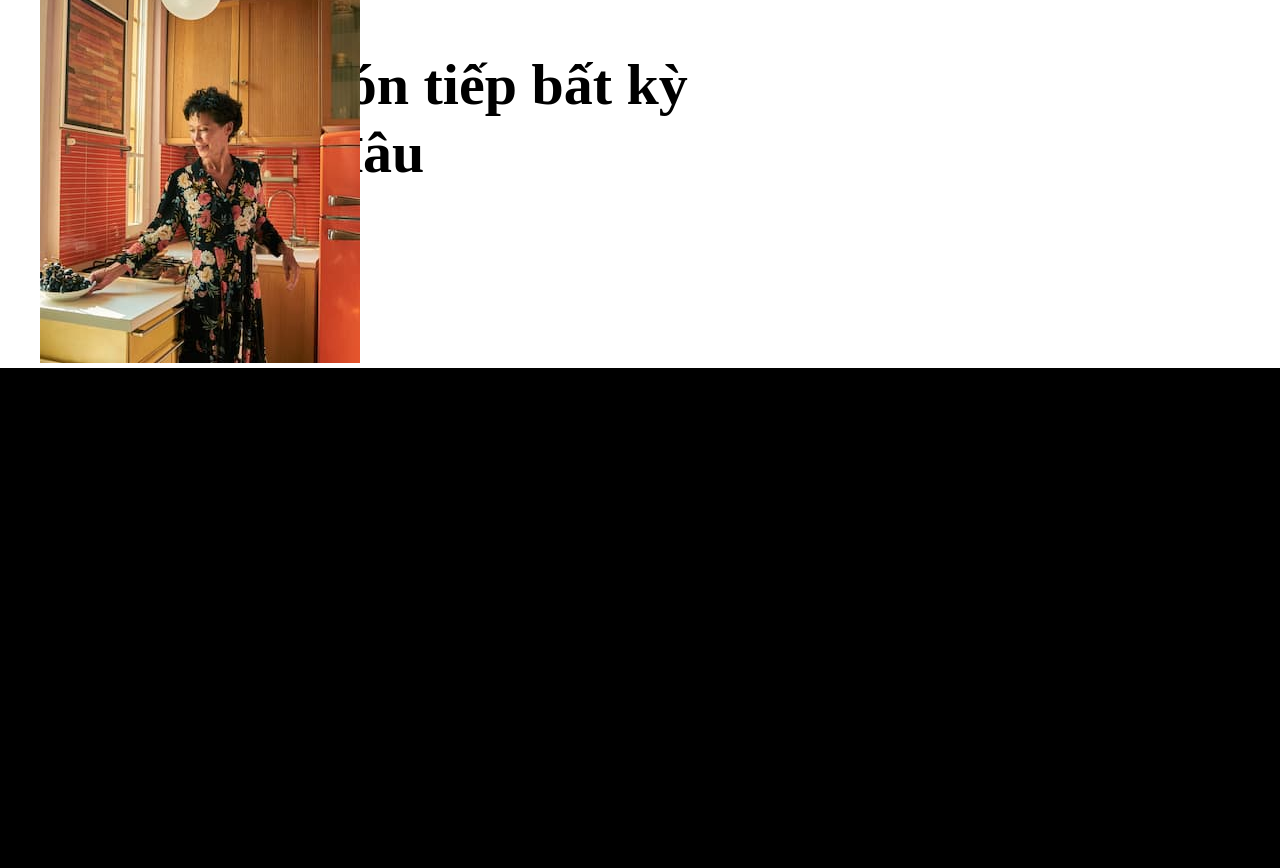
Repository: HoanTiny/AirbnbClone
Page: page3.html
These files come from the project's save history. The page is drawn as it stood at one moment and after the next save; the edit follows.
The browser window is 1280 px wide. The pictures show the part of the page from y = 720 to 1588 px (the page is 1588 px tall).

Above is the page before, as saved 2021-09-13 10:02:13.

### page3.html
<!DOCTYPE html>
<html lang="en">
    <head>
        <meta charset="UTF-8" />
        <meta http-equiv="X-UA-Compatible" content="IE=edge" />
        <meta name="viewport" content="width=device-width, initial-scale=1.0" />
        <link rel="stylesheet" href="./acess/css/mainpage3.css" />
        <link rel="stylesheet" href="./acess/css/gird.css" />
        <link rel="stylesheet" href="./acess/css/base.css" />
        <link rel="stylesheet" href="./acess/css/reponsive.css" />
        <link
            rel="stylesheet"
            href="./acess/font/fontawesome-free-5.15.3-web/css/all.min.css"
        />
        <title>Cho thuê nhà</title>
    </head>
    <body>
        <div class="app-p3">
            <div class="banner">
                <div class="banner__left">
                    <div class="banner__left-img">
                        <svg
                            width="30"
                            height="32"
                            fill="currentcolor"
                            color="#fff"
                            style="display: block"
                        >
                            <path
                                d="M29.24 22.68c-.16-.39-.31-.8-.47-1.15l-.74-1.67-.03-.03c-2.2-4.8-4.55-9.68-7.04-14.48l-.1-.2c-.25-.47-.5-.99-.76-1.47-.32-.57-.63-1.18-1.14-1.76a5.3 5.3 0 00-8.2 0c-.47.58-.82 1.19-1.14 1.76-.25.52-.5 1.03-.76 1.5l-.1.2c-2.45 4.8-4.84 9.68-7.04 14.48l-.06.06c-.22.52-.48 1.06-.73 1.64-.16.35-.32.73-.48 1.15a6.8 6.8 0 007.2 9.23 8.38 8.38 0 003.18-1.1c1.3-.73 2.55-1.79 3.95-3.32 1.4 1.53 2.68 2.59 3.95 3.33A8.38 8.38 0 0022.75 32a6.79 6.79 0 006.75-5.83 5.94 5.94 0 00-.26-3.5zm-14.36 1.66c-1.72-2.2-2.84-4.22-3.22-5.95a5.2 5.2 0 01-.1-1.96c.07-.51.26-.96.52-1.34.6-.87 1.65-1.41 2.8-1.41a3.3 3.3 0 012.8 1.4c.26.4.45.84.51 1.35.1.58.06 1.25-.1 1.96-.38 1.7-1.5 3.74-3.21 5.95zm12.74 1.48a4.76 4.76 0 01-2.9 3.75c-.76.32-1.6.41-2.42.32-.8-.1-1.6-.36-2.42-.84a15.64 15.64 0 01-3.63-3.1c2.1-2.6 3.37-4.97 3.85-7.08.23-1 .26-1.9.16-2.73a5.53 5.53 0 00-.86-2.2 5.36 5.36 0 00-4.49-2.28c-1.85 0-3.5.86-4.5 2.27a5.18 5.18 0 00-.85 2.21c-.13.84-.1 1.77.16 2.73.48 2.11 1.78 4.51 3.85 7.1a14.33 14.33 0 01-3.63 3.12c-.83.48-1.62.73-2.42.83a4.76 4.76 0 01-5.32-4.07c-.1-.8-.03-1.6.29-2.5.1-.32.25-.64.41-1.02.22-.52.48-1.06.73-1.6l.04-.07c2.16-4.77 4.52-9.64 6.97-14.41l.1-.2c.25-.48.5-.99.76-1.47.26-.51.54-1 .9-1.4a3.32 3.32 0 015.09 0c.35.4.64.89.9 1.4.25.48.5 1 .76 1.47l.1.2c2.44 4.77 4.8 9.64 7 14.41l.03.03c.26.52.48 1.1.73 1.6.16.39.32.7.42 1.03.19.9.29 1.7.19 2.5z"
                            ></path>
                        </svg>
                    </div>
                    <div class="banner__left-conttent">
                        <h1 class="banner__left-heading">
                            Đón tiếp khách làm nên linh hồn của Airbnb
                        </h1>
                        <button class="banner__left-btn">
                            Thử đón tiếp khách
                        </button>
                    </div>
                    <i class="fas fa-chevron-down banner__left-icon"></i>
                </div>
                <div class="banner-right">
                    <video
                        id="video"
                        src="./acess/img/Cho thuê nhà trên Airbnb.webm"
                        class="banner__right-video"
                        autoplay
                        crossorigin="anonymous"
                        playsinline
                        preload="auto"
                        aria-label="Chelsea, Chủ nhà ở Philadelphia, mỉm cười khi mở cửa. Soraya, Chủ nhà ở Mumbai, mỉm cười khi mở cửa trước cùng một người khác ở bên cạnh. Mohamed, Chủ nhà ở Johannesburg, mỉm cười khi mở cửa. Maria, Chủ nhà ở Mexico City, gật đầu mỉm cười khi mang cây đi."
                    ></video>
                </div>
            </div>
            <div class="content">
                <div class="content__heading">
                    <div class="grid wide">
                        <h2 class="content__heading-top">
                            Bạn có thể đón tiếp bất kỳ ai, ở bất cứ đâu
                        </h2>
                    </div>
                    <div class="grid wide">
                        <div class="row content__home">
                            <div class="col l-4">
                                <img src="./acess/img/home-p3.jpg" class="img content__home-img"></img>
                            </div>
                        </div>
                    </div>
                </div>
                <div class="content__search"></div>
            </div>
        </div>
        <script>
            var videoPlayer = document.getElementById("video");
            // Auto play, half volume.
            videoPlayer.play();
            videoPlayer.volume = 0.5;

            // Play / pause.
            videoPlayer.addEventListener("click", function () {
                if (videoPlayer.paused == false) {
                    videoPlayer.pause();
                    videoPlayer.firstChild.nodeValue = "Play";
                } else {
                    videoPlayer.play();
                    videoPlayer.firstChild.nodeValue = "Pause";
                }
            });
        </script>
    </body>
</html>

### acess/css/mainpage3.css
body {
    margin: 0;
}

.banner {
    height: 100vh;
    display: flex;
    justify-content: center;
}
.banner__left {
    width: 50%;
    background-color: #000;
    position: relative;
}
.banner__left-img {
    padding: 24px;
}
.banner__left-conttent {
    display: flex;
    flex-direction: column;
    align-items: center;
    justify-content: center;
    position: absolute;
    top: 50%;
    left: 50%;
    transform: translate(-50%, -50%);
    width: fit-content;
}
.banner__left-heading {
    color: #fff;
    text-align: center;
    font-size: 6.8rem;
    line-height: 7rem;
    padding: 12px 24px;
    font-weight: 500;
}
.banner__left-btn {
    padding: 18px 32px;
    font-size: 1.8rem;
    border-radius: 12px;
    background-image: linear-gradient(
        to right,
        rgb(229, 29, 80),
        rgb(220, 14, 100)
    );
    color: var(--white-color);
    border: none;
    cursor: pointer;
}

.banner__left-icon {
    color: var(--white-color);
    position: absolute;
    bottom: 32px;
    font-size: 1.5rem;
    left: 50%;
    padding: 12px;
    margin-left: -12px;
    border-radius: 50%;
    cursor: pointer;
}

.banner__left-icon:hover {
    background-color: #999;
}

.banner-right {
    width: 50%;
}

.banner__right-video {
    object-fit: cover;
    object-position: center top;
    width: 100%;
    height: 100%;
}

.content__heading {
    position: relative;
    height: 320px;
}

.content__heading-top {
    margin-top: 48px;
    font-size: 5.8rem;
    line-height: 6.8rem;
    text-align: left;
    width: 60%;
}

.content__home {
    position: absolute;
    bottom: 0;
}

.content__search {
    background-color: #000;
    height: 500px;
}

### acess/css/gird.css
.grid {
    width: 100%;
    display: block;
    padding: 0;
}

.grid.wide {
    max-width: 1200px;
    margin: 0 auto;
}

.row {
    display: flex;
    flex-wrap: wrap;
    margin-left: -8px;
    margin-right: -8px;
}

.row.no-gutters {
    margin-left: 0;
    margin-right: 0;
}

.col {
    padding-left: 12px;
    padding-right: 12px;
}

.row.no-gutters .col {
    padding-left: 0;
    padding-right: 0;
}

.c-0 {
    display: none;
}

.c-1 {
    flex: 0 0 8.33333%;
    max-width: 8.33333%;
}

.c-2 {
    flex: 0 0 16.66667%;
    max-width: 16.66667%;
}

.c-3 {
    flex: 0 0 25%;
    max-width: 25%;
}

.c-4 {
    flex: 0 0 33.33333%;
    max-width: 33.33333%;
}

.c-5 {
    flex: 0 0 41.66667%;
    max-width: 41.66667%;
}

.c-6 {
    flex: 0 0 50%;
    max-width: 50%;
}

.c-7 {
    flex: 0 0 58.33333%;
    max-width: 58.33333%;
}

.c-8 {
    flex: 0 0 66.66667%;
    max-width: 66.66667%;
}

.c-9 {
    flex: 0 0 75%;
    max-width: 75%;
}

.c-10 {
    flex: 0 0 83.33333%;
    max-width: 83.33333%;
}

.c-11 {
    flex: 0 0 91.66667%;
    max-width: 91.66667%;
}

.c-12 {
    flex: 0 0 100%;
    max-width: 100%;
}

.c-o-1 {
    margin-left: 8.33333%;
}

.c-o-2 {
    margin-left: 16.66667%;
}

.c-o-3 {
    margin-left: 25%;
}

.c-o-4 {
    margin-left: 33.33333%;
}

.c-o-5 {
    margin-left: 41.66667%;
}

.c-o-6 {
    margin-left: 50%;
}

.c-o-7 {
    margin-left: 58.33333%;
}

.c-o-8 {
    margin-left: 66.66667%;
}

.c-o-9 {
    margin-left: 75%;
}

.c-o-10 {
    margin-left: 83.33333%;
}

.c-o-11 {
    margin-left: 91.66667%;
}

/* >= Tablet */
@media (min-width: 740px) {
    .row {
        margin-left: -4px;
        margin-right: -4px;
    }

    .col {
        padding-left: 4px;
        padding-right: 4px;
    }

    .m-0 {
        display: none;
    }

    .m-1,
    .m-2,
    .m-3,
    .m-4,
    .m-5,
    .m-6,
    .m-7,
    .m-8,
    .m-9,
    .m-10,
    .m-11,
    .m-12 {
        display: block;
    }

    .m-1 {
        flex: 0 0 8.33333%;
        max-width: 8.33333%;
    }

    .m-2 {
        flex: 0 0 16.66667%;
        max-width: 16.66667%;
    }

    .m-3 {
        flex: 0 0 25%;
        max-width: 25%;
    }

    .m-4 {
        flex: 0 0 33.33333%;
        max-width: 33.33333%;
    }

    .m-5 {
        flex: 0 0 41.66667%;
        max-width: 41.66667%;
    }

    .m-6 {
        flex: 0 0 50%;
        max-width: 50%;
    }

    .m-7 {
        flex: 0 0 58.33333%;
        max-width: 58.33333%;
    }

    .m-8 {
        flex: 0 0 66.66667%;
        max-width: 66.66667%;
    }

    .m-9 {
        flex: 0 0 75%;
        max-width: 75%;
    }

    .m-10 {
        flex: 0 0 83.33333%;
        max-width: 83.33333%;
    }

    .m-11 {
        flex: 0 0 91.66667%;
        max-width: 91.66667%;
    }

    .m-12 {
        flex: 0 0 100%;
        max-width: 100%;
    }

    .m-o-1 {
        margin-left: 8.33333%;
    }

    .m-o-2 {
        margin-left: 16.66667%;
    }

    .m-o-3 {
        margin-left: 25%;
    }

    .m-o-4 {
        margin-left: 33.33333%;
    }

    .m-o-5 {
        margin-left: 41.66667%;
    }

    .m-o-6 {
        margin-left: 50%;
    }

    .m-o-7 {
        margin-left: 58.33333%;
    }

    .m-o-8 {
        margin-left: 66.66667%;
    }

    .m-o-9 {
        margin-left: 75%;
    }

    .m-o-10 {
        margin-left: 83.33333%;
    }

    .m-o-11 {
        margin-left: 91.66667%;
    }
}

/* PC medium resolution > */
@media (min-width: 1113px) {
    .row {
        margin-left: -12px;
        margin-right: -12px;
    }

    .row.sm-gutter {
        margin-left: -5px;
        margin-right: -5px;
    }

    .col {
        padding-left: 12px;
        padding-right: 12px;
    }

    .row.sm-gutter .col {
        padding-left: 5px;
        padding-right: 5px;
    }

    .l-0 {
        display: none;
    }

    .l-1,
    .l-2,
    .l-2-4,
    .l-3,
    .l-4,
    .l-5,
    .l-6,
    .l-7,
    .l-8,
    .l-9,
    .l-10,
    .l-11,
    .l-12 {
        display: block;
    }

    .l-1 {
        flex: 0 0 8.33333%;
        max-width: 8.33333%;
    }

    .l-2 {
        flex: 0 0 16.66667%;
        max-width: 16.66667%;
    }

    .l-2-4 {
        flex: 0 0 20%;
        max-width: 20%;
    }

    .l-3 {
        flex: 0 0 25%;
        max-width: 25%;
    }

    .l-4 {
        flex: 0 0 33.33333%;
        max-width: 33.33333%;
    }

    .l-5 {
        flex: 0 0 41.66667%;
        max-width: 41.66667%;
    }

    .l-6 {
        flex: 0 0 50%;
        max-width: 50%;
    }

    .l-7 {
        flex: 0 0 58.33333%;
        max-width: 58.33333%;
    }

    .l-8 {
        flex: 0 0 66.66667%;
        max-width: 66.66667%;
    }

    .l-9 {
        flex: 0 0 75%;
        max-width: 75%;
    }

    .l-10 {
        flex: 0 0 83.33333%;
        max-width: 83.33333%;
    }

    .l-11 {
        flex: 0 0 91.66667%;
        max-width: 91.66667%;
    }

    .l-12 {
        flex: 0 0 100%;
        max-width: 100%;
    }

    .l-o-1 {
        margin-left: 8.33333%;
    }

    .l-o-2 {
        margin-left: 16.66667%;
    }

    .l-o-3 {
        margin-left: 25%;
    }

    .l-o-4 {
        margin-left: 33.33333%;
    }

    .l-o-5 {
        margin-left: 41.66667%;
    }

    .l-o-6 {
        margin-left: 50%;
    }

    .l-o-7 {
        margin-left: 58.33333%;
    }

    .l-o-8 {
        margin-left: 66.66667%;
    }

    .l-o-9 {
        margin-left: 75%;
    }

    .l-o-10 {
        margin-left: 83.33333%;
    }

    .l-o-11 {
        margin-left: 91.66667%;
    }
}

/* Tablet - PC low resolution */
@media (min-width: 740px) and (max-width: 1023px) {
    .wide {
        width: 644px;
    }
}

/* > PC low resolution */
@media (min-width: 1024px) and (max-width: 1239px) {
    .wide {
        width: 984px;
    }

    .wide .row {
        margin-left: -12px;
        margin-right: -12px;
    }

    .wide .row.sm-gutter {
        margin-left: -5px;
        margin-right: -5px;
    }

    .wide .col {
        padding-left: 12px;
        padding-right: 12px;
    }

    .wide .row.sm-gutter .col {
        padding-left: 5px;
        padding-right: 5px;
    }

    .wide .l-0 {
        display: none;
    }

    .wide .l-1,
    .wide .l-2,
    .wide .l-2-4,
    .wide .l-3,
    .wide .l-4,
    .wide .l-5,
    .wide .l-6,
    .wide .l-7,
    .wide .l-8,
    .wide .l-9,
    .wide .l-10,
    .wide .l-11,
    .wide .l-12 {
        display: block;
    }

    .wide .l-1 {
        flex: 0 0 8.33333%;
        max-width: 8.33333%;
    }

    .wide .l-2 {
        flex: 0 0 16.66667%;
        max-width: 16.66667%;
    }

    .wide .l-2-4 {
        flex: 0 0 20%;
        max-width: 20%;
    }

    .wide .l-3 {
        flex: 0 0 25%;
        max-width: 25%;
    }

    .wide .l-4 {
        flex: 0 0 33.33333%;
        max-width: 33.33333%;
    }

    .wide .l-5 {
        flex: 0 0 41.66667%;
        max-width: 41.66667%;
    }

    .wide .l-6 {
        flex: 0 0 50%;
        max-width: 50%;
    }

    .wide .l-7 {
        flex: 0 0 58.33333%;
        max-width: 58.33333%;
    }

    .wide .l-8 {
        flex: 0 0 66.66667%;
        max-width: 66.66667%;
    }

    .wide .l-9 {
        flex: 0 0 75%;
        max-width: 75%;
    }

    .wide .l-10 {
        flex: 0 0 83.33333%;
        max-width: 83.33333%;
    }

    .wide .l-11 {
        flex: 0 0 91.66667%;
        max-width: 91.66667%;
    }

    .wide .l-12 {
        flex: 0 0 100%;
        max-width: 100%;
    }

    .wide .l-o-1 {
        margin-left: 8.33333%;
    }

    .wide .l-o-2 {
        margin-left: 16.66667%;
    }

    .wide .l-o-3 {
        margin-left: 25%;
    }

    .wide .l-o-4 {
        margin-left: 33.33333%;
    }

    .wide .l-o-5 {
        margin-left: 41.66667%;
    }

    .wide .l-o-6 {
        margin-left: 50%;
    }

    .wide .l-o-7 {
        margin-left: 58.33333%;
    }

    .wide .l-o-8 {
        margin-left: 66.66667%;
    }

    .wide .l-o-9 {
        margin-left: 75%;
    }

    .wide .l-o-10 {
        margin-left: 83.33333%;
    }

    .wide .l-o-11 {
        margin-left: 91.66667%;
    }
}

### acess/css/base.css
:root {
    --white-color:#fff;
    --black-color: #000;
    --text-color: #333;
}

* {
    box-sizing: inherit;
}

html {
    /* font-family: Circular, -apple-system, BlinkMacSystemFont, Roboto, "Helvetica Neue", sans-serif; */
    font-family: 'Font Awesome 5 Free';
    box-sizing: border-box;
    font-size: 62.5%;
    line-height: 1.8rem;
}

### acess/css/reponsive.css
@media (min-width: 723px) and (max-width: 1023px) {
    .hold-on-mobile-tablet {
        display: none;
    }
    .background {
        background-position: unset;
    }

    .header__nav-list-tablet {
        display: flex;
    }

    .search {
        margin: 0;
    }

    .search__item:first-of-type {
        padding-left: 32px;
    }

    .search__item {
        margin: 0;
        padding: 12px;
    }

    .home__product-tablet {
        height: 140px;
        overflow: hidden;
        display: -webkit-box;
        -webkit-line-clamp: 2;
    }

    .home__category-tablet {
        display: flex;
        max-width: 100%;
        overflow-x: auto;
        flex-wrap: nowrap;
    }

    .home__category-tablet::-webkit-scrollbar {
        display: none;
    }

    .home__category-item-tablet {
        width: 33.3333%;
        flex-shrink: 0;
    }

    .footer-end {
        flex-direction: column-reverse;
    }

    .footer__end-social-list{
        display: flex;
        justify-content: center;
    }

    .footer__end-copyright-list{
        flex-wrap: wrap;
        justify-content: center;
    }

    .footer__end-copyright__item:first-of-type {
        width: 100%;
        text-align: center;
        margin-bottom: 4px;
    }

    .header__nav-scrollba-btn {
        margin-left: auto;
    }

}

@media (max-width: 723px)
{
    .hold-on-mobile {
        display: none;
    }

    .search {
        display: none;
    }
    .header__nav {
        display: none;
    }

    .header__mobile{
        display: flex;
    }

    .footer {
        text-align: center;
    }

    .home__category-tablet {
        display: flex;
        max-width: 100%;
        overflow-x: auto;
        flex-wrap: nowrap;
    }

    .home__category-tablet::-webkit-scrollbar {
        display: none;
    }

    .home__category-item-tablet {
        width: 33.3333%;
        flex-shrink: 0;
    }

    #header__nav-scrollbar {
        display: none;
    }

    .header__mobile {
        position: fixed;
        top: 0px;
        left: 0;
        right: 0;
        z-index: 12;
        align-items: center;
    }

    .header__mobile-btn {
        border: none;
        background-color: rgb(247, 247, 247);
        box-shadow: none;
        top: 20;
    }

    .web__content-heading {
        font-size: 2.2rem;
        line-height: 2.6rem;
    }

    .home__category-next {
        display: none;
    }

    .home__category-return--active {
        display: none;
    }

    .home__experience-mobile {
        display: flex;
        max-width: 100%;
        overflow-x: auto;
        flex-wrap: nowrap;
    }

    .home__experience-mobile::-webkit-scrollbar {
        display: none;
    }

    .home__experience-mobile-item {
        width: 75%;
        flex-shrink: 0;
    }

    path {
        display: none;
    }
    .search-where {
        display: block;
        position: revert;
    }

    .search-where-icon {
        display: none;
    }

    /* Page 2 */

    .home-place__item-img {
        height: 345px;
    }

    .menu-list__item {
        border: none;
    }

    .header-page2 {
        border-bottom: none;
    }

    .header__mobile-page2 {
        display: block;
    }

    .home-place {
        margin-top: 115px;
    }

}

Loaded but not shown: acess/font/fontawesome-free-5.15.3-web/css/all.min.css (library)

After the next save:
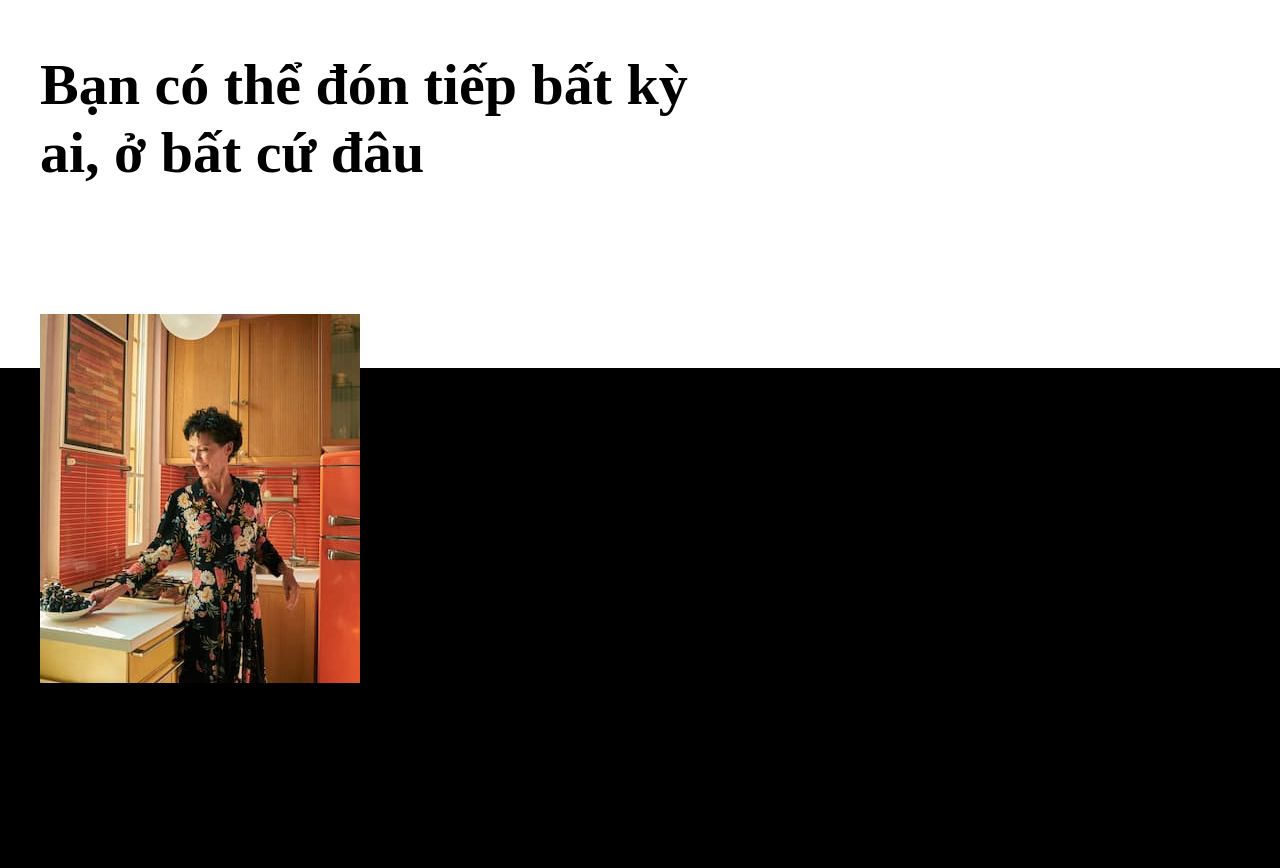
Saved 16 s later.
--- a/acess/css/mainpage3.css
+++ b/acess/css/mainpage3.css
@@ -90,7 +90,7 @@ body {
 
 .content__home {
     position: absolute;
-    bottom: 0;
+    bottom: -100%;
 }
 
 .content__search {
